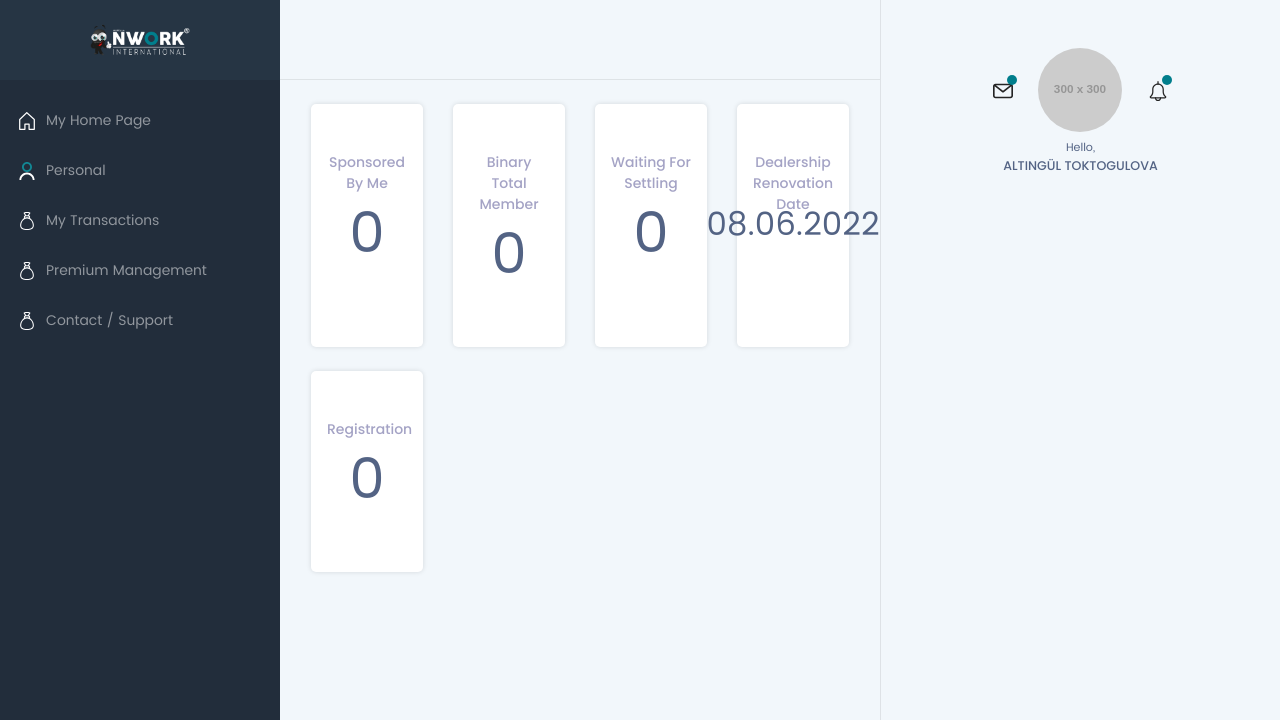
Repository: KayahanKahriman/nwork-admin
Page: index.html
These files come from the project's save history. The page is drawn as it stood at one moment and after the next save; the edit follows.
The browser window is 1280 px wide. The pictures show the whole page.
Some web fonts or font styles are not loaded; a fallback is used. The style sheet was rebuilt from its Sass, Less or Tailwind sources for each picture, by a compiler version that may differ from the author's.

Above is the page before, as saved 2021-06-09 17:31:47.

### index.html
<!doctype html>
<html>

<head>
    <meta name="viewport" content="width=device-width, initial-scale=1, maximum-scale=1, user-scalable=no">
    <meta charset="utf-8" />
    <title>Başlık</title>
    <link rel="preconnect" href="https://fonts.gstatic.com">
    <link href="https://fonts.googleapis.com/css2?family=Poppins:wght@300;400;600;800&display=swap" rel="stylesheet">
    <link href="assets/css/style.css" type="text/css" rel="stylesheet" />
</head>

<body>
    <header class="d-flex align-items-center">
        <div id="header-left" class="text-center p-3 d-flex align-items-center justify-content-center">
            <a href="#">
                <img width="100" src="./assets/images/logo-white.png" alt="">
            </a>
        </div>
        <div id="header-right" class="p-3 d-flex align-items-center justify-content-end">

        </div>
    </header>
    <aside>
        <div id="accordion-menu">
            <div class="accordion-item mb-4">
                <div class="accordion-title">
                    <svg class="accordion-icon" viewBox="0 0 512 512">
                        <path d="M475.425,200.225L262.092,4.669c-6.951-6.359-17.641-6.204-24.397,0.35L36.213,200.574 c-3.449,3.348-5.399,7.953-5.399,12.758v280.889c0,9.819,7.958,17.778,17.778,17.778h148.148c9.819,0,17.778-7.959,17.778-17.778    v-130.37h82.963v130.37c0,9.819,7.958,17.778,17.778,17.778h148.148c9.819,0,17.778-7.953,17.778-17.778V213.333    C481.185,208.349,479.099,203.597,475.425,200.225z M445.629,476.444H333.037v-130.37c0-9.819-7.959-17.778-17.778-17.778H196.741    c-9.819,0-17.778,7.959-17.778,17.778v130.37H66.37V220.853L250.424,42.216l195.206,178.939V476.444z" style="fill: rgb(255, 255, 255);"></path>
                    </svg>
                    <a href="#">My Home Page</a>
                </div>
            </div>
            <div class="accordion-item mb-4">
                <div class="accordion-title">
                    <svg class="accordion-icon" viewBox="0 0 19.738 19.738">
                        <path fill="#ffffff" d="M18.18,19.738h-2c0-3.374-2.83-6.118-6.311-6.118s-6.31,2.745-6.31,6.118h-2   c0-4.478,3.729-8.118,8.311-8.118C14.451,11.62,18.18,15.26,18.18,19.738z"></path>
                        <path fill="#128794" d="M9.87,10.97c-3.023,0-5.484-2.462-5.484-5.485C4.385,2.461,6.846,0,9.87,0   c3.025,0,5.486,2.46,5.486,5.485S12.895,10.97,9.87,10.97z M9.87,2C7.948,2,6.385,3.563,6.385,5.485S7.948,8.97,9.87,8.97   c1.923,0,3.486-1.563,3.486-3.485S11.791,2,9.87,2z"></path>
                    </svg>
                    Personal
                </div>
                <ul class="accordion-ul list-unstyled mb-0">
                    <li><a href="#">Info Update and Acquittal Form</a></li>
                    <li><a href="#">My Current Movements</a></li>
                    <li><a href="#">My Bank Info</a></li>
                    <li><a href="#">Membership Info</a></li>
                    <li><a href="#">Change Password</a></li>
                </ul>
            </div>
            <div class="accordion-item mb-4">
                <div class="accordion-title">
                    <svg class="accordion-icon" viewBox="0 0 512 512">
                        <path d="M394.919,225.259c-17.828-21.933-38.208-39.407-60.58-51.973c3.664-4.335,6.555-9.418,8.422-15.083    c7.326-22.309-3.375-48.809-30.688-57.442l38.289-66.765c4.831-8.426,0.491-19.158-8.824-21.866C313.854,4.081,285.076,0,256,0    s-57.854,4.081-85.538,12.13c-9.326,2.711-13.649,13.45-8.824,21.866l38.289,66.766c-27.205,8.589-38.041,35.05-30.684,57.453    c1.861,5.65,4.751,10.73,8.426,15.067c-22.375,12.566-42.757,30.042-60.587,51.977C81.441,269.106,61,324.413,61,377    c0,109.091,87.047,135,195,135c108.029,0,195-25.953,195-135C451,324.413,430.559,269.106,394.919,225.259z M197.496,36.218    C216.633,32.087,236.238,30,256,30c19.762,0,39.367,2.087,58.504,6.218L281.471,93.82c-16.919-2.362-34.018-2.361-50.941,0.001    L197.496,36.218z M207.296,129.896c25.815-8.468,52.823-10.073,79.08-4.824c0.031,0.006,0.063,0.012,0.094,0.018    c6.12,1.228,12.199,2.826,18.213,4.799c7.861,2.591,12.157,11.094,9.58,18.941c-1.873,5.683-6.818,9.597-12.635,10.231    C286.672,154.378,271.417,152,256,152c-15.386,0-30.611,2.368-45.538,7.032c-5.907-0.608-10.864-4.55-12.721-10.188    C195.16,140.983,199.456,132.479,207.296,129.896z M256,482.2c-117.196,0-165-30.62-165-105.2    c0-45.142,18.453-94.793,49.36-132.818C172.955,204.083,214.023,182,256,182c46.206,0,86.621,26.482,115.64,62.182    C402.547,282.207,421,331.858,421,377C421,451.58,373.196,482.2,256,482.2z" style="fill: rgb(255, 255, 255);"></path>
                    </svg>
                    My Transactions
                </div>
                <ul class="accordion-ul list-unstyled mb-0">
                    <li><a href="#">My Cart</a></li>
                    <li><a href="#">Orders</a></li>
                    <li><a href="#">Invoices</a></li>
                    <li><a href="#">Credit Card Capture</a></li>
                    <li><a href="#">Payment Notification</a></li>
                </ul>
            </div>
            <div class="accordion-item mb-4">
                <div class="accordion-title">
                    <svg class="accordion-icon" viewBox="0 0 512 512">
                        <path d="M394.919,225.259c-17.828-21.933-38.208-39.407-60.58-51.973c3.664-4.335,6.555-9.418,8.422-15.083    c7.326-22.309-3.375-48.809-30.688-57.442l38.289-66.765c4.831-8.426,0.491-19.158-8.824-21.866C313.854,4.081,285.076,0,256,0    s-57.854,4.081-85.538,12.13c-9.326,2.711-13.649,13.45-8.824,21.866l38.289,66.766c-27.205,8.589-38.041,35.05-30.684,57.453    c1.861,5.65,4.751,10.73,8.426,15.067c-22.375,12.566-42.757,30.042-60.587,51.977C81.441,269.106,61,324.413,61,377    c0,109.091,87.047,135,195,135c108.029,0,195-25.953,195-135C451,324.413,430.559,269.106,394.919,225.259z M197.496,36.218    C216.633,32.087,236.238,30,256,30c19.762,0,39.367,2.087,58.504,6.218L281.471,93.82c-16.919-2.362-34.018-2.361-50.941,0.001    L197.496,36.218z M207.296,129.896c25.815-8.468,52.823-10.073,79.08-4.824c0.031,0.006,0.063,0.012,0.094,0.018    c6.12,1.228,12.199,2.826,18.213,4.799c7.861,2.591,12.157,11.094,9.58,18.941c-1.873,5.683-6.818,9.597-12.635,10.231    C286.672,154.378,271.417,152,256,152c-15.386,0-30.611,2.368-45.538,7.032c-5.907-0.608-10.864-4.55-12.721-10.188    C195.16,140.983,199.456,132.479,207.296,129.896z M256,482.2c-117.196,0-165-30.62-165-105.2    c0-45.142,18.453-94.793,49.36-132.818C172.955,204.083,214.023,182,256,182c46.206,0,86.621,26.482,115.64,62.182    C402.547,282.207,421,331.858,421,377C421,451.58,373.196,482.2,256,482.2z" style="fill: rgb(255, 255, 255);"></path>
                    </svg>
                    Premium Management
                </div>
                <ul class="accordion-ul list-unstyled mb-0">
                    <li><a href="#">My Orders</a></li>
                    <li><a href="#">My Premiums</a></li>
                    <li><a href="#">My Clients</a></li>
                    <li><a href="#">Binary Tree</a></li>
                    <li><a href="#">Reference Tree</a></li>
                    <li><a href="#">Binary Turnover Movements</a></li>
                    <li><a href="#">Premium Reference</a></li>
                </ul>
            </div>
            <div class="accordion-item mb-4">
                <div class="accordion-title">
                    <svg class="accordion-icon" viewBox="0 0 512 512">
                        <path d="M394.919,225.259c-17.828-21.933-38.208-39.407-60.58-51.973c3.664-4.335,6.555-9.418,8.422-15.083    c7.326-22.309-3.375-48.809-30.688-57.442l38.289-66.765c4.831-8.426,0.491-19.158-8.824-21.866C313.854,4.081,285.076,0,256,0    s-57.854,4.081-85.538,12.13c-9.326,2.711-13.649,13.45-8.824,21.866l38.289,66.766c-27.205,8.589-38.041,35.05-30.684,57.453    c1.861,5.65,4.751,10.73,8.426,15.067c-22.375,12.566-42.757,30.042-60.587,51.977C81.441,269.106,61,324.413,61,377    c0,109.091,87.047,135,195,135c108.029,0,195-25.953,195-135C451,324.413,430.559,269.106,394.919,225.259z M197.496,36.218    C216.633,32.087,236.238,30,256,30c19.762,0,39.367,2.087,58.504,6.218L281.471,93.82c-16.919-2.362-34.018-2.361-50.941,0.001    L197.496,36.218z M207.296,129.896c25.815-8.468,52.823-10.073,79.08-4.824c0.031,0.006,0.063,0.012,0.094,0.018    c6.12,1.228,12.199,2.826,18.213,4.799c7.861,2.591,12.157,11.094,9.58,18.941c-1.873,5.683-6.818,9.597-12.635,10.231    C286.672,154.378,271.417,152,256,152c-15.386,0-30.611,2.368-45.538,7.032c-5.907-0.608-10.864-4.55-12.721-10.188    C195.16,140.983,199.456,132.479,207.296,129.896z M256,482.2c-117.196,0-165-30.62-165-105.2    c0-45.142,18.453-94.793,49.36-132.818C172.955,204.083,214.023,182,256,182c46.206,0,86.621,26.482,115.64,62.182    C402.547,282.207,421,331.858,421,377C421,451.58,373.196,482.2,256,482.2z" style="fill: rgb(255, 255, 255);"></path>
                    </svg>
                    Contact / Support
                </div>
                <ul class="accordion-ul list-unstyled mb-0">
                    <li><a href="#">Documents</a></li>
                </ul>
            </div>
        </div>
    </aside>
    <main class="py-4 px-3">
        <div class="container-fluid">
            <div class="row">
                <div class="col-3 mb-4">
                    <div class="white-box shadow-box py-5 px-3 text-center">
                        <strong class="box-title">Sponsored By Me</strong>
                        <div class="jumbo-text">0</div>
                    </div>
                </div>
                <div class="col-3 mb-4">
                    <div class="white-box shadow-box py-5 px-3 text-center">
                        <strong class="box-title">binary total member</strong>
                        <div class="jumbo-text">0</div>
                    </div>
                </div>
                <div class="col-3 mb-4">
                    <div class="white-box shadow-box py-5 px-3 text-center">
                        <strong class="box-title">Waiting for settling</strong>
                        <div class="jumbo-text">0</div>
                    </div>
                </div>
                <div class="col-3 mb-4">
                    <div class="white-box shadow-box py-5 px-3 text-center">
                        <strong class="box-title">Dealership Renovation Date</strong>
                        <div class="box-value-big-text absolute-center">08.06.2022</div>
                    </div>
                </div>
                <div class="col-3 mb-4">
                    <div class="white-box shadow-box py-5 px-3 text-center">
                        <strong class="box-title">Registration</strong>
                        <div class="jumbo-text">0</div>
                    </div>
                </div>
            </div>
        </div>
    </main>
    <section id="user-aside" class="text-center py-5">

        <div class="d-flex align-items-center justify-content-around w-50 m-auto">
            <div id="notification" class="has-notification">
                <a href="#">
                    <svg fill="#242424" width="20" height="20" viewBox="0 0 184 184">
                        <path d="M160.746,24.61H23.254C10.432,24.61,0,35.042,0,47.864v88.271c0,12.822,10.432,23.254,23.254,23.254   h137.492c12.822,0,23.254-10.432,23.254-23.254V47.864C184,35.042,173.568,24.61,160.746,24.61z M157.113,39.61L92,89.909   L26.887,39.61H157.113z M160.746,144.39H23.254c-4.551,0-8.254-3.703-8.254-8.254V49.382l72.415,55.94   c1.35,1.043,2.968,1.564,4.585,1.564s3.235-0.521,4.585-1.564L169,49.382v86.753C169,140.687,165.297,144.39,160.746,144.39z"></path>
                    </svg>
                    <i></i>
                </a>
            </div>

            <div id="user-image">
                <img class="img-cover" src="//via.placeholder.com/300x300" alt="">
            </div>

            <div id="notification" class="has-notification">
                <a href="#">
                    <svg fill="#242424" width="20" height="20" viewBox="-43 0 512 512">
                        <path d="m213.332031 512c-44.117187 0-80-35.882812-80-80 0-8.832031 7.167969-16 16-16s16 7.167969 16 16c0 26.476562 21.527344 48 48 48 26.476563 0 48-21.523438 48-48 0-8.832031 7.167969-16 16-16s16 7.167969 16 16c0 44.117188-35.882812 80-80 80zm0 0"></path>
                        <path d="m389.332031 448h-352c-20.585937 0-37.332031-16.746094-37.332031-37.332031 0-10.925781 4.757812-21.269531 13.054688-28.375 32.449218-27.414063 50.945312-67.261719 50.945312-109.480469v-59.480469c0-82.34375 66.988281-149.332031 149.332031-149.332031 82.347657 0 149.335938 66.988281 149.335938 149.332031v59.480469c0 42.21875 18.496093 82.066406 50.730469 109.332031 8.511718 7.253907 13.269531 17.597657 13.269531 28.523438 0 20.585937-16.746094 37.332031-37.335938 37.332031zm-176-352c-64.703125 0-117.332031 52.628906-117.332031 117.332031v59.480469c0 51.644531-22.632812 100.414062-62.078125 133.757812-.75.640626-1.921875 1.964844-1.921875 4.097657 0 2.898437 2.433594 5.332031 5.332031 5.332031h352c2.902344 0 5.335938-2.433594 5.335938-5.332031 0-2.132813-1.175781-3.457031-1.878907-4.054688-39.488281-33.386719-62.121093-82.15625-62.121093-133.800781v-59.480469c0-64.703125-52.628907-117.332031-117.335938-117.332031zm0 0"></path>
                        <path d="m213.332031 96c-8.832031 0-16-7.167969-16-16v-64c0-8.832031 7.167969-16 16-16s16 7.167969 16 16v64c0 8.832031-7.167969 16-16 16zm0 0"></path>
                    </svg>
                    <i></i>
                </a>
            </div>
        </div>

        <div id="user" class="mt-2">
            <span>Hello,</span>
            <p class="mb-0">altıngül toktogulova</p>
        </div>

    </section>
    <script type="text/javascript" src="assets/js/index.js"></script>
    <script type="text/javascript" src="assets/js/accordion.js"></script>
</body>

</html>

### assets/scss/style.scss
@import "main";

main {
  margin-left: var(--aside-width);
  width: var(--main-width);
}

.white-box {
  background: white;
  border-radius: 5px;
  position: relative;
  height: 100%;
}

.shadow-box {
  box-shadow: 0 0 5px #00000020;
}

.box-title {
  color: var(--box-title-color);
  text-transform: capitalize;
}

.jumbo-text {
  font-size: 4em;
}

.box-value-big-text {
  font-size: 2.3em;
}

.absolute-center {
  position: absolute;
  top: 50%;
  left: 50%;
  transform: translateY(-50%) translateX(-50%);
}

/*------------------------------------*\
    RESPONSIVE
\*------------------------------------*/

@media only screen and (min-width: 320px) {
}

@media only screen and (min-width: 480px) {
}

@media only screen and (min-width: 768px) {
}

@media only screen and (min-width: 1024px) {
}

@media only screen and (min-width: 1140px) {
}

@media only screen and (min-width: 1280px) {
}

@media only screen and (-webkit-min-device-pixel-ratio: 1.5),
  only screen and (min-resolution: 144dpi) {
}

### assets/scss/flex-grid/_flexgrid.scss
@import "functions";
@import "variables";
@import "mixins";
@import "reboot";
@import "utilities";
@import "grid";

### assets/scss/flex-grid/_mixins.scss
// Toggles
//
// Used in conjunction with global variables to enable certain theme features.

// Vendor
@import "vendor/rfs";


// Utilities
@import "mixins/breakpoints";
@import "mixins/image";
@import "mixins/hover";
@import "mixins/deprecate";
@import "mixins/text-hide";
@import "mixins/text-truncate";
@import "mixins/text-emphasis";
@import "mixins/size";


// // Layout
@import "mixins/clearfix";
@import "mixins/grid-framework";
@import "mixins/grid";
@import "mixins/float";

### assets/scss/flex-grid/mixins/_image.scss
// Image Mixins
// - Responsive image
// - Retina image


// Responsive image
//
// Keep images from scaling beyond the width of their parents.

@mixin img-fluid {
  // Part 1: Set a maximum relative to the parent
  max-width: 100%;
  // Part 2: Override the height to auto, otherwise images will be stretched
  // when setting a width and height attribute on the img element.
  height: auto;
}


// Retina image
//
// Short retina mixin for setting background-image and -size.

@mixin img-retina($file-1x, $file-2x, $width-1x, $height-1x) {
  background-image: url($file-1x);

  // Autoprefixer takes care of adding -webkit-min-device-pixel-ratio and -o-min-device-pixel-ratio,
  // but doesn't convert dppx=>dpi.
  // There's no such thing as unprefixed min-device-pixel-ratio since it's nonstandard.
  // Compatibility info: https://caniuse.com/#feat=css-media-resolution
  @media only screen and (min-resolution: 192dpi), // IE9-11 don't support dppx
    only screen and (min-resolution: 2dppx) { // Standardized
    background-image: url($file-2x);
    background-size: $width-1x $height-1x;
  }
  @include deprecate("`img-retina()`", "v4.3.0", "v5");
}

### assets/scss/flex-grid/mixins/_hover.scss
// Hover mixin and `$enable-hover-media-query` are deprecated.
//
// Originally added during our alphas and maintained during betas, this mixin was
// designed to prevent `:hover` stickiness on iOS-an issue where hover styles
// would persist after initial touch.
//
// For backward compatibility, we've kept these mixins and updated them to
// always return their regular pseudo-classes instead of a shimmed media query.
//
// Issue: https://github.com/twbs/bootstrap/issues/25195

@mixin hover {
  &:hover { @content; }
}

@mixin hover-focus {
  &:hover,
  &:focus {
    @content;
  }
}

@mixin plain-hover-focus {
  &,
  &:hover,
  &:focus {
    @content;
  }
}

@mixin hover-focus-active {
  &:hover,
  &:focus,
  &:active {
    @content;
  }
}

### assets/scss/flex-grid/_utilities.scss
@import "utilities/align";
@import "utilities/clearfix";
@import "utilities/display";
@import "utilities/flex";
@import "utilities/float";
@import "utilities/position";
@import "utilities/text";
@import "utilities/spacing";
@import "utilities/sizing";

### assets/scss/flex-grid/_grid.scss
// Container widths
//
// Set the container width, and override it for fixed navbars in media queries.

@if $enable-grid-classes {
  .container {
    @include make-container();
    @include make-container-max-widths();
  }
}

// Fluid container
//
// Utilizes the mixin meant for fixed width containers, but with 100% width for
// fluid, full width layouts.

@if $enable-grid-classes {
  .container-fluid {
    @include make-container();
  }
}

// Row
//
// Rows contain and clear the floats of your columns.

@if $enable-grid-classes {
  .row {
    @include make-row();
  }

  // Remove the negative margin from default .row, then the horizontal padding
  // from all immediate children columns (to prevent runaway style inheritance).
  .no-gutters {
    margin-right: 0;
    margin-left: 0;

    > .col,
    > [class*="col-"] {
      padding-right: 0;
      padding-left: 0;
    }
  }
}

// Columns
//
// Common styles for small and large grid columns

@if $enable-grid-classes {
  @include make-grid-columns();
}

### assets/scss/_vars.scss
$primary-color: #079ca5;
$text-color: #0d0a46;
$link-color: #0d0a46;
$bg: #f7f8fc;
$poppins-light: "Poppins-Light";
$poppins-regular: "Poppins-Regular";
$poppins-medium: "Poppins-Medium";
$poppins-bold: "Poppins-Bold";
$default-font: $poppins-regular;

### assets/scss/_colors.scss
:root {
  --primary-color: #017e8c;
  --dark-blue: #222d3b;
  --border-color: #00000015;
  --light-gray: #f9f9f9;
  --light-blue: #b4c0cd;
  --logo-bg: #263544;
  --bg-color: #f2f7fb;
  --darker-bg-color: #e7edf1;
  --text-color: #536384;
  --link-color: #536384;
  --box-title-color: #a4a3c5;
}

### assets/scss/_img.scss
@mixin img($size, $alignment) {
  width: 100%;
  height: 100%;
  object-fit: $size;
  object-position: $alignment;
}

.img-cover {
  @include img(cover, center center);
}

.img-contain {
  @include img(contain, center center);
}

### assets/scss/_sizes.scss
:root {
  --header-height: 80px;
  --aside-width: 280px;
  --user-aside-width: 400px;
  --main-width: calc((100% - var(--aside-width)) - var(--user-aside-width));
}

### assets/scss/_header.scss
header {
  height: var(--header-height);
  #header-left {
    width: var(--aside-width);
    background: var(--logo-bg);
    height: 100%;
  }
  #header-right {
    width: var(--main-width);
    border-bottom: 1px solid var(--border-color);
    height: 100%;
  }
}

### assets/scss/_aside.scss
aside {
  width: var(--aside-width);
  height: 100vh;
  background: var(--dark-blue);
  position: fixed;
}

### assets/scss/_user-aside.scss
#user-aside {
  width: var(--user-aside-width);
  position: fixed;
  top: 0;
  right: 0;
  height: 100vw;
  border-left: 1px solid var(--border-color);
}

#user-image {
  border-radius: 50%;
  width: 6em;
  height: 6em;
  overflow: hidden;
}

#user {
  span {
    font-style: normal;
    display: block;
    font-size: 0.8em;
  }
  p {
    font-size: 0.9em;
    font-family: $poppins-medium;
    text-transform: uppercase;
  }
}
.has-notification {
  position: relative;
  i {
    background: var(--primary-color);
    width: 10px;
    height: 10px;
    border-radius: 50%;
    position: absolute;
    top: -4px;
    right: -4px;
  }
}

Loaded but not shown: assets/scss/flex-grid/vendor/_rfs.scss (common file); assets/scss/flex-grid/mixins/_deprecate.scss (common file); assets/scss/flex-grid/mixins/_text-hide.scss (common file); assets/scss/flex-grid/mixins/_text-truncate.scss (common file); assets/scss/flex-grid/mixins/_text-emphasis.scss (common file); assets/scss/flex-grid/mixins/_size.scss (common file); assets/scss/flex-grid/mixins/_clearfix.scss (common file); assets/scss/flex-grid/mixins/_float.scss (common file); assets/scss/flex-grid/utilities/_align.scss (common file); assets/scss/flex-grid/utilities/_clearfix.scss (common file); assets/scss/flex-grid/utilities/_display.scss (common file); assets/scss/flex-grid/utilities/_float.scss (common file); assets/scss/flex-grid/utilities/_position.scss (common file); assets/scss/flex-grid/utilities/_sizing.scss (common file); assets/js/accordion.js (20 lines, source omitted); assets/scss/flex-grid/_variables.scss (1123 lines, source omitted); assets/scss/flex-grid/_reboot.scss (483 lines, source omitted); assets/scss/flex-grid/mixins/_breakpoints.scss (123 lines, source omitted); assets/scss/flex-grid/utilities/_flex.scss (51 lines, source omitted); assets/scss/flex-grid/_functions.scss (86 lines, source omitted); assets/scss/flex-grid/utilities/_spacing.scss (73 lines, source omitted); assets/scss/flex-grid/utilities/_text.scss (72 lines, source omitted); assets/scss/_main.scss (113 lines, source omitted); assets/scss/flex-grid/mixins/_grid-framework.scss (66 lines, source omitted); assets/scss/flex-grid/mixins/_grid.scss (51 lines, source omitted); assets/scss/_accordion-menu.scss (80 lines, source omitted); assets/js/index.js (no copy from this time; the picture is the same without it)

After the next save:
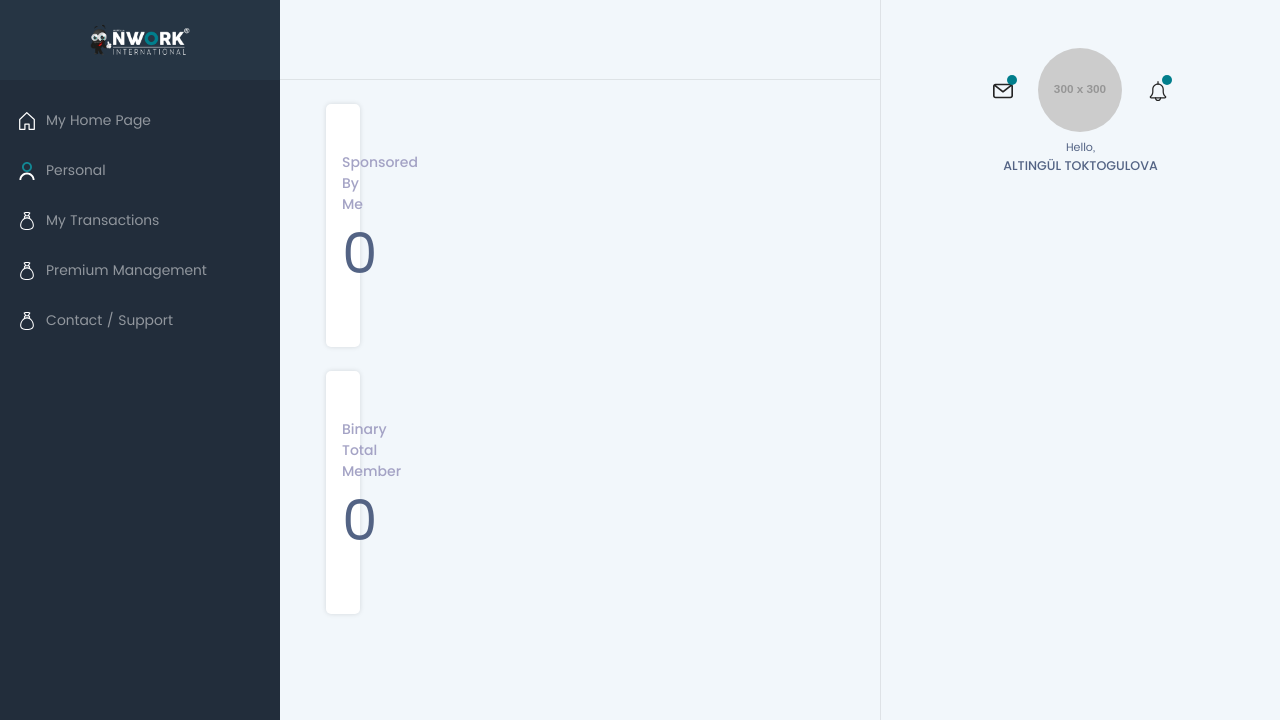
Saved 102 s later.
--- a/index.html
+++ b/index.html
@@ -95,34 +95,18 @@
     <main class="py-4 px-3">
         <div class="container-fluid">
             <div class="row">
-                <div class="col-3 mb-4">
-                    <div class="white-box shadow-box py-5 px-3 text-center">
-                        <strong class="box-title">Sponsored By Me</strong>
-                        <div class="jumbo-text">0</div>
+                <div class="col-6">
+                    <div class="col-3 mb-4">
+                        <div class="white-box shadow-box py-5 px-3 text-center">
+                            <strong class="box-title">Sponsored By Me</strong>
+                            <div class="jumbo-text">0</div>
+                        </div>
                     </div>
-                </div>
-                <div class="col-3 mb-4">
-                    <div class="white-box shadow-box py-5 px-3 text-center">
-                        <strong class="box-title">binary total member</strong>
-                        <div class="jumbo-text">0</div>
-                    </div>
-                </div>
-                <div class="col-3 mb-4">
-                    <div class="white-box shadow-box py-5 px-3 text-center">
-                        <strong class="box-title">Waiting for settling</strong>
-                        <div class="jumbo-text">0</div>
-                    </div>
-                </div>
-                <div class="col-3 mb-4">
-                    <div class="white-box shadow-box py-5 px-3 text-center">
-                        <strong class="box-title">Dealership Renovation Date</strong>
-                        <div class="box-value-big-text absolute-center">08.06.2022</div>
-                    </div>
-                </div>
-                <div class="col-3 mb-4">
-                    <div class="white-box shadow-box py-5 px-3 text-center">
-                        <strong class="box-title">Registration</strong>
-                        <div class="jumbo-text">0</div>
+                    <div class="col-3 mb-4">
+                        <div class="white-box shadow-box py-5 px-3 text-center">
+                            <strong class="box-title">binary total member</strong>
+                            <div class="jumbo-text">0</div>
+                        </div>
                     </div>
                 </div>
             </div>
